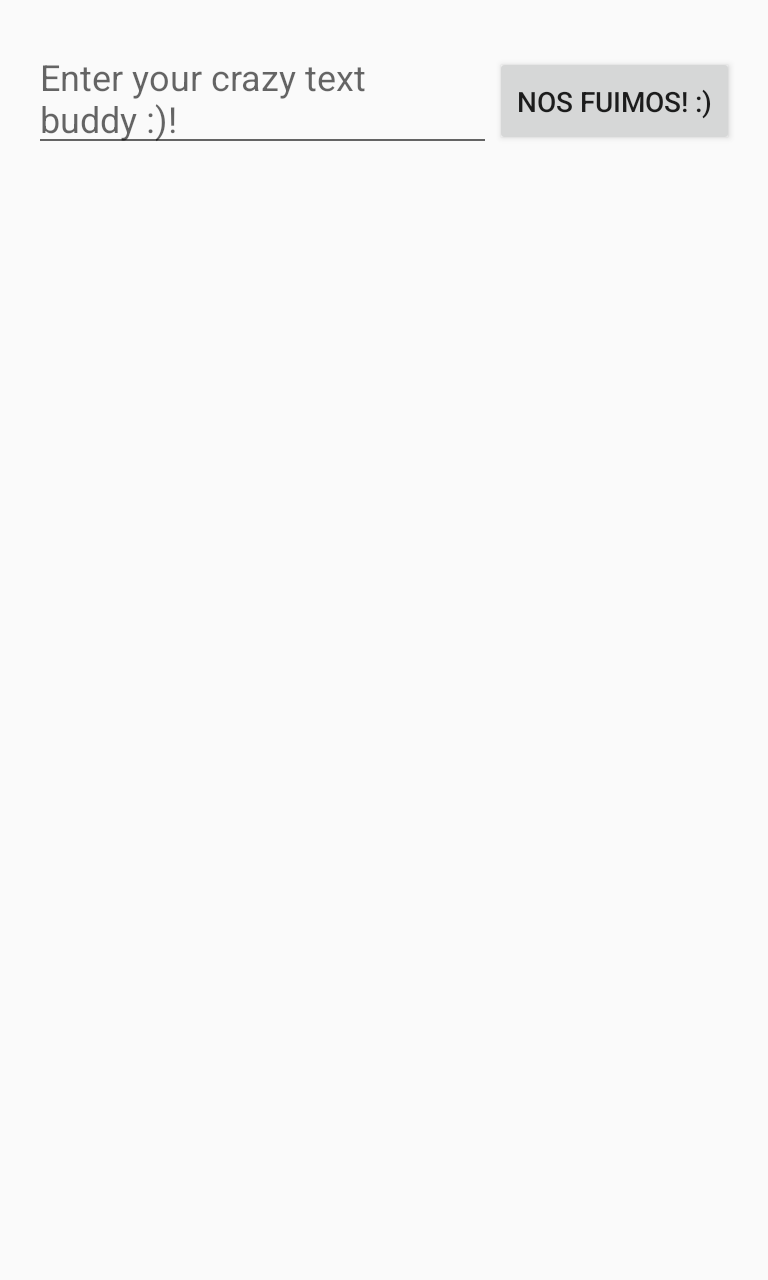
Repository: AndyJeanca/JustRacing
Layout: JustRacing/res/layout/fragment_main.xml
The author's editor kept a copy of each file at every save. The layout is drawn from the files as they stood at one save, then again after the next save.
It is drawn on a 768 x 1280 px phone screen (xhdpi) without system bars, with theme AppTheme; the app's code is not run.

Above is the layout before, as saved 2014-05-20 03:54:28.

### JustRacing/res/layout/fragment_main.xml
<LinearLayout xmlns:android="http://schemas.android.com/apk/res/android"
    xmlns:tools="http://schemas.android.com/tools"
    android:layout_width="match_parent"
    android:layout_height="match_parent"
    android:paddingBottom="@dimen/activity_vertical_margin"
    android:paddingLeft="@dimen/activity_horizontal_margin"
    android:paddingRight="@dimen/activity_horizontal_margin"
    android:paddingTop="@dimen/activity_vertical_margin"
    android:orientation="horizontal"
    tools:context="com.example.justracing.Main$PlaceholderFragment" >

    <EditText android:id="@+id/edit_text"
        android:layout_weight="1"
        android:layout_width="0dp"
        android:layout_height="wrap_content"
        android:hint="@string/edit_text"
    />
   <Button
       android:layout_width="wrap_content"
       android:layout_height="wrap_content"
       android:text="@string/button_send"
    />




</LinearLayout>

### JustRacing/res/values/strings.xml
<?xml version="1.0" encoding="utf-8"?>
<resources>

    <string name="app_name">JustRacing</string>
    <string name="hello_world">Entonces Mundo!</string>
    <string name="edit_text">Enter your crazy text buddy :)!</string>
    <string name="button_send">Nos Fuimos! :)</string>
    <string name="action_settings">Settings</string>

</resources>

Loaded but not shown: JustRacing/res/values/styles.xml (common file); JustRacing/res/values-v11/styles.xml (common file); JustRacing/res/values-v14/styles.xml (common file); JustRacing/res/values/dimens.xml (common file); JustRacing/res/values-w820dp/dimens.xml (common file)

After the next save:
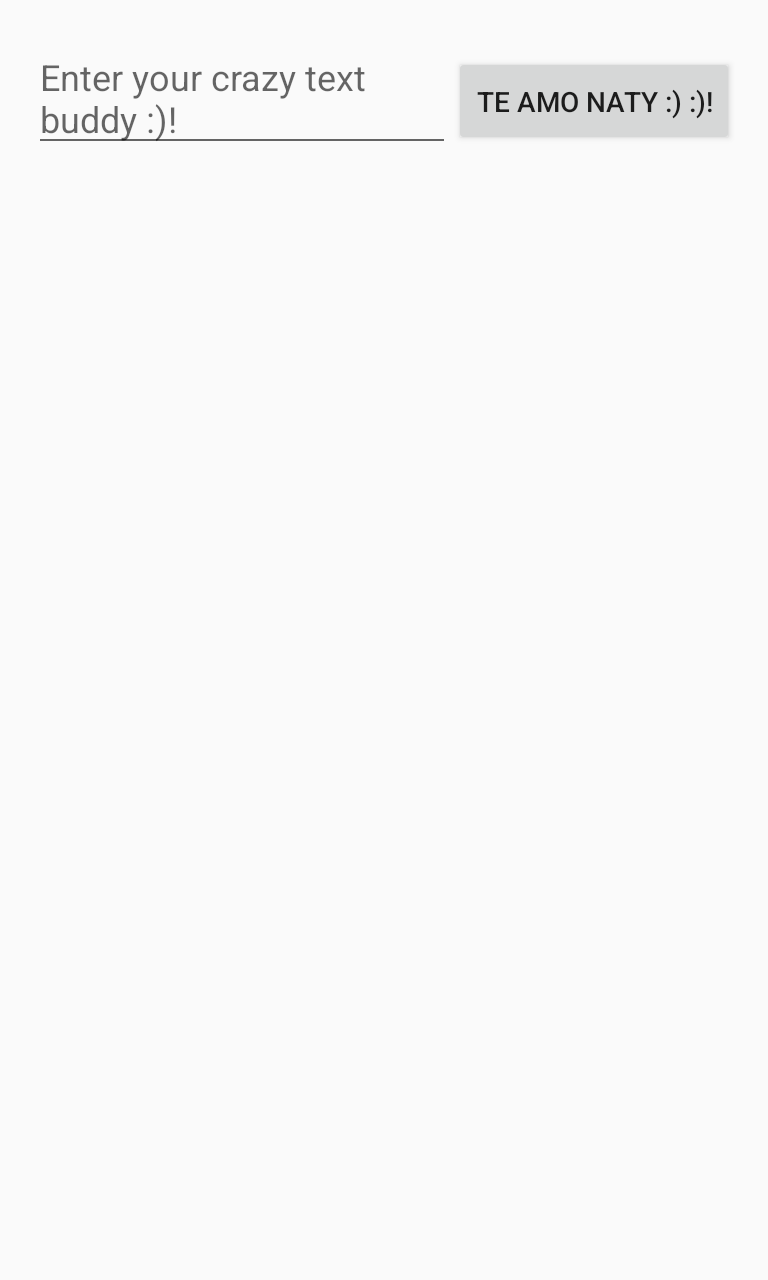
Saved 73 s later.
--- a/JustRacing/res/layout/fragment_main.xml
+++ b/JustRacing/res/layout/fragment_main.xml
@@ -15,6 +15,7 @@
         android:layout_height="wrap_content"
         android:hint="@string/edit_text"
     />
+
    <Button
        android:layout_width="wrap_content"
        android:layout_height="wrap_content"
--- a/JustRacing/res/values/strings.xml
+++ b/JustRacing/res/values/strings.xml
@@ -4,7 +4,7 @@
     <string name="app_name">JustRacing</string>
     <string name="hello_world">Entonces Mundo!</string>
     <string name="edit_text">Enter your crazy text buddy :)!</string>
-    <string name="button_send">Nos Fuimos! :)</string>
+    <string name="button_send">Te Amo Naty :) :)!</string>
     <string name="action_settings">Settings</string>
 
 </resources>
